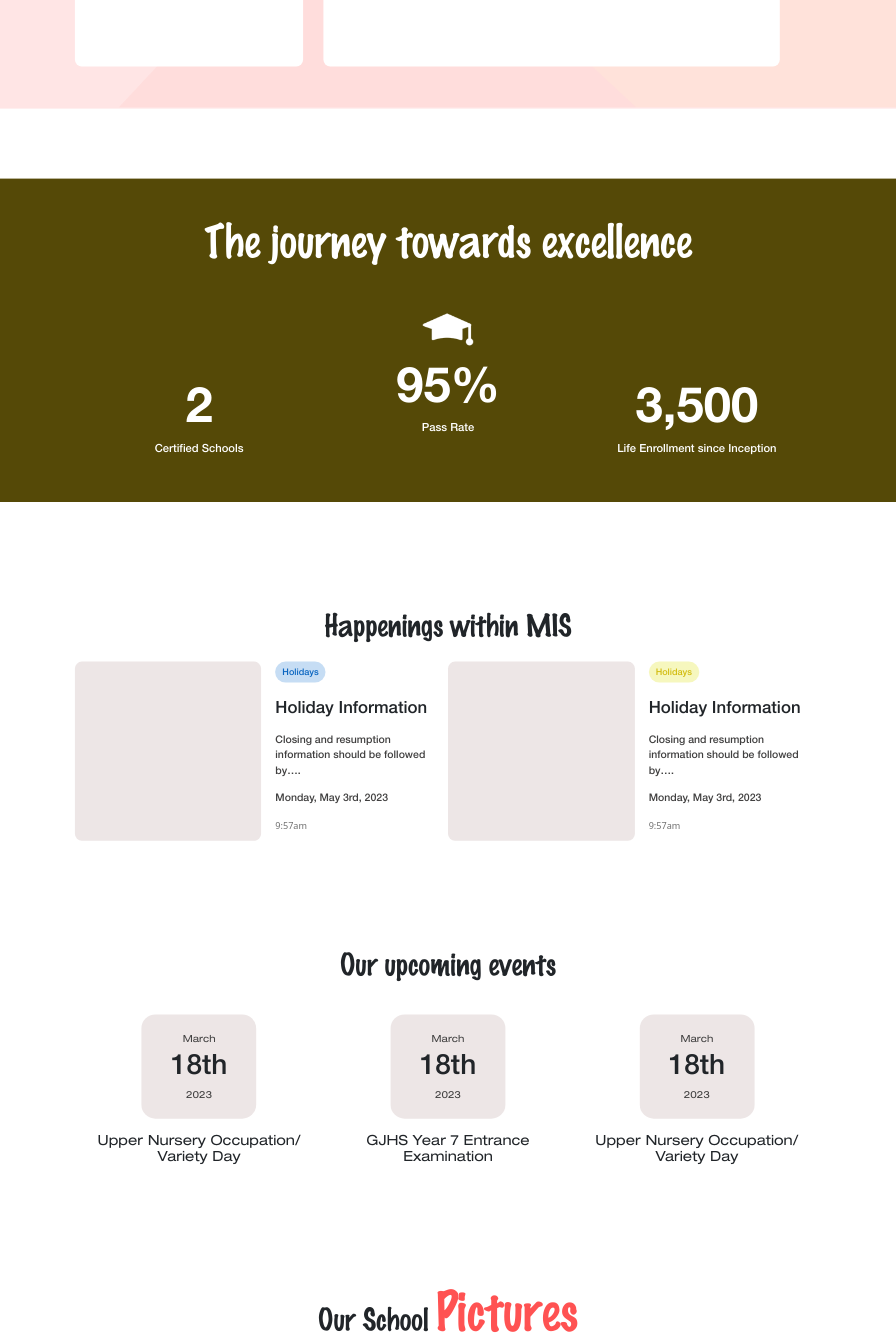
Repository: sarahnnanyelugo/MIGS
Page: /
An editor plug-in stored every save of this project. The page is shown before and after the next save, followed by the edit.
The browser window is 1280 px wide. The pictures show the part of the page from y = 3803 to 5723 px (the page is 5723 px tall), at 70% of full size.
The project was rebuilt for these pictures with package versions that can differ from the ones it lists, and the page was loaded fresh each time.

Above is the page before, as saved 2023-05-30 14:19:56.

### src/index.js
import React from "react";
import ReactDOM from "react-dom/client";
import "./index.css";
import App from "./App";
import reportWebVitals from "./reportWebVitals";
import "bootstrap/dist/css/bootstrap.min.css";
import { BrowserRouter, Routes, Route, Link, Outlet } from "react-router-dom";
const root = ReactDOM.createRoot(document.getElementById("root"));
root.render(
  <BrowserRouter>
    <App />
  </BrowserRouter>
);

// If you want to start measuring performance in your app, pass a function
// to log results (for example: reportWebVitals(console.log))
// or send to an analytics endpoint. Learn more: https://bit.ly/CRA-vitals
reportWebVitals();

### src/App.js
import logo from "./logo.svg";
import "./App.scss";
import "bootstrap/dist/css/bootstrap.min.css";
import { BrowserRouter, Routes, Route, Link, Outlet } from "react-router-dom";
import Home from "./pages/Home/Home";
import ScrollToTop from "./components/scrollToTop";
import NavBar from "./components/NavBar/NavBar";
function App() {
  return (
    <>
      <ScrollToTop />
      <NavBar />
      <Routes>
        {" "}
        <Route path="/" element={<Home />} />
        {/* <Route path="tech-hub-page" element={<TechHub />} />
        <Route path="team-hire" element={<TeamHire />} />
        <Route path="hire-page" element={<HiringPage />} /> */}
      </Routes>
    </>
  );
}

export default App;

### src/App.scss
@font-face {
  font-family: maker;
  src: url(./assets/fonts/marker-felt/Marker-Felt.ttf);
}
@font-face {
  font-family: helveticaB;
  src: url(./assets/fonts/helvetica/HelveticaNeueBold.ttf);
}
@font-face {
  font-family: helveticaM;
  src: url(./assets/fonts/helvetica/HelveticaNeueMedium.ttf);
}
@font-face {
  font-family: helveticaR;
  // src: url(./assets/fonts/helvetica/HelveticaNeueRegular.ttf);
  src: url(./assets/fonts/helvetica/HelveticaNeue-Extended.otf);
}

h1,
h2,
h3,
h4,
h5,
h6 {
  font-family: maker;
}

### src/components/NavBar/NavBar.jsx
import React, { useEffect, useState, useRef } from "react";
import { Link, NavLink } from "react-router-dom";
import "./_navbar.scss";
import { useLocation } from "react-router-dom";
// import Icofont from "react-icofont";
import Logo from "../../assets/images/logo2.png";

function NavBar() {
  return (
    <>
      <div className="nav-container col-md-10 offset-md-1">
        {" "}
        <div className=" col-md-1 tech-logo-div">
          {" "}
          <img className="tech-logo" src={Logo} alt="Scholar" width="60%" />
        </div>
        <ul className="list-inline list-unstyled ">
          <li className="list-inline-item">
            <NavLink className="tech-links cool-link" to={"/"}>
              About
            </NavLink>
          </li>
          <li className="list-inline-item">
            <NavLink className="tech-links cool-link">Admission</NavLink>
          </li>
          <li className="list-inline-item">
            <NavLink className="tech-links cool-link">Academics</NavLink>
          </li>
          <li className="list-inline-item">
            <NavLink className="tech-links cool-link">IEC</NavLink>
          </li>{" "}
          <li className="list-inline-item">
            <NavLink className="tech-links cool-link">E-shop</NavLink>
          </li>
          <li className="list-inline-item">
            <NavLink className="tech-links cool-link">Gallery</NavLink>
          </li>
          <li className="list-inline-item">
            <button className="nav-btn">e-portal</button>
          </li>
        </ul>
      </div>
    </>
  );
}

export default NavBar;

### src/components/AppModal/AppModal.js
import "./_app-modal.scss";

// import ModalImg from "../../assets/read2.png";
// import SampleLogo from "../../assets/wellspring.png";

import React, { useEffect, useRef, useState } from "react";

export const AppModal = () => {
  const [showActive, setShowActive] = useState(false);
  const modalContainer = useRef(null);
  const bodyTag = useRef(null);

  useEffect(() => {
    setTimeout(() => {
      // modalContainer.addClass("two");
      // document.body.addClass("modal-active");
      setShowActive(true);
      // modalContainer.click(function () {
      // setShowActive(false);
      // this.addClass("out");
      // document.body.removeClass("modal-active");
      // });
    }, 2000);
  }, []);
  const setThisShowActive = () => {
    setShowActive(!showActive);
  };
  return (
    <>
      <div
        className={`col-md-2 my-app-modal-container ${
          showActive ? "modal-active" : ""
        }`}
      >
        <div
          ref={modalContainer}
          className={`col-md-12 ${showActive ? "two" : ""}`}
          id="modal-container"
        >
          <div className="modal-background col-md-12">
            <button onClick={setThisShowActive} className="close-btn">
              {/* <i class="icofont-close">x</i> */}X
            </button>

            <div className="modal col-md-10">
              <div className="col-md-12 ">
                <h2>Admission in progress</h2>
                <p>
                  Admission is currently on into Creche, Pre-school, Primary and
                  Secondary classes.
                </p>
                <buttton className="app-btn col-md-12">Apply Now</buttton>
              </div>{" "}
            </div>
          </div>
        </div>
      </div>
    </>
  );
};

### src/pages/Home/home.scss
@import "../../variables";
@import "../../shared-styles";
.landing-img {
  position: relative;
  text-align: left;
  color: #fff;
  height: 800px;
  background-color: grey;
}
.centered {
  position: absolute;
  top: 50%;
  left: 20%;

  transform: translate(-50%, -50%);
  h1 {
    font-size: 114px !important;
  }
}
.welcome-header {
  color: #707070;

  h1 {
    font-size: 60px;
  }
}
.welcome-paragraph {
  p {
    color: #707070;
    font-family: helveticaM;
  }
}
.welcome-div {
  height: 800px;
  background: url("../../assets/images/curly.png");
  background-size: contain;
  background-repeat: no-repeat;
}
.section-div {
  margin-top: -280px;

  h1 {
    font-size: 60px;
    color: #707070;
  }
}
.sections-container {
  position: relative;
  text-align: center;
  margin-bottom: 50px;
  border-radius: 10px;
  height: 358px;
}
.bottom-left {
  position: absolute;
  bottom: 8px;
  left: 16px;
}
.early-years {
  background: #ff5252;
  color: #fff;
}
.primary {
  background: #f2e15f;
  color: #000;
}
.special {
  background: #838383;
  color: #fff;
}
.junior {
  background: #2ebbef;
  color: #fff;
}
.senior {
  background: #30eaa9;
  color: #000;
}
.birthright-div {
  background: url("../../assets/images/pink-bg.png");
  background-size: cover;
  background-repeat: no-repeat;
  padding: 60px 0;
  margin: 100px 0;
  h1 {
    margin-bottom: 20px;
  }
  span {
    color: $red;
    font-size: 60px;
  }
  color: #707070;
  p {
    font-family: helveticaM;
    margin-bottom: 100px;
  }
  .img-div {
    height: 487px;
    border-radius: 10px;
    background: #fff;
  }
}
.stats-div {
  background: #554907;
  padding: 50px 0;
  h1 {
    color: #fff;
    font-size: 60px;
    // margin-bottom: 40px;
  }
  .stats {
    h1 {
      color: #fff;
      font-size: 70px;
      font-family: helveticaB;
    }
    p {
      color: #fff;
      font-family: helveticaM;
    }
  }
}
.news-div {
  margin-bottom: 50px;
  .img-div2 {
    background: #ede6e6;
    border-radius: 10px;
    height: 256px;
  }
  .news-details {
    padding: 0 0 0 20px;
    h4 {
      font-family: helveticaM;
      margin: 20px 0;
    }
    button {
      border: none;
      width: 72px;
      height: 30px;
      font-size: 13px;
      font-family: helveticaM;
      border-radius: 35px;
    }
    p {
      font-family: helveticaM;
      color: #414040;
      font-size: 15px;
    }
    small {
      font-size: 13px;
      color: #707070;
    }
    .holidays {
      background: #c6ddf4;
      color: #0b66c1;
    }
    .events {
      background: #f6f7be;
      color: #d3bd13;
    }
  }
}
.events-container {
  height: 149px;
  background: #ede6e6;
  width: 164px;
  border-radius: 20px;
  padding-top: 22px;
  h1 {
    font-family: helveticaM;
  }
  small {
    font-family: helveticaR;
    color: #414040;
  }
}
.upcoming-div {
  p {
    font-family: helveticaR;
    font-size: 20px;
    margin-top: 20px;
    line-height: 22px;
  }
}
.pictures-container {
  background:fbe5e5 h1 {
    font-size: 60px;
    color: #6c6868;
  }
  span {
    font-size: 70px;
    color: $red;
  }
}

### src/pages/Home/Events.js
import React from "react";

function Events({ day, year, month }) {
  return (
    <div className="events-container">
      <center>
        <small>{month}</small>
        <h1>{day}</h1>
        <small>{year}</small>
      </center>
    </div>
  );
}

export default Events;

### src/components/NavBar/_navbar.scss
@import "../../variables";
@import "../../shared-styles";

.nav-container {
  display: flex;
  padding-top: 20px;
  position: relative;
  z-index: 2 !important;
  padding-bottom: 0;
  height: 90px;
  background-color: #fff !important;
  ul li {
    margin-top: 0px !important;
  }
  .nav-btn {
    @include app-btn;
    padding: 8px 40px;
    // margin-top: 0 !important;
    border: none;
  }
  .tech-logo-div {
    flex-grow: 1 !important;
    margin-top: -10px;
  }
  .tech-links {
    color: #000;
    text-decoration: none;
    font-family: helveticaM;
    margin: 0px 28px !important;
    &:hover {
      color: $red;
    }
  }
}

### src/components/AppModal/_app-modal.scss
@import "../../variables";
@import "../../shared-styles";

.my-app-modal-container {
  position: relative;
  z-index: 3000 !important;
  .close-btn {
    right: 39% !important;
    background: grey !important;
    border-radius: 100%;
    position: relative;
    float: right;
    height: 30px !important;
    width: 30px !important;
    font-size: 15px;
    font-weight: bold;
    color: #fff !important;
    margin-top: -25px;

    background: transparent;
    border: none;
    z-index: 4000;
    &:hover {
      color: $lightblue !important;
    }
    @media screen and (max-width: 620px) {
      right: 5% !important;
      margin-top: 20px;
    }
  }
  * {
    box-sizing: border-box;
  }

  html,
  body,
  .my-app-modal-container {
    min-height: 100%;
    height: 100%;

    &.modal-active {
      overflow: hidden;
    }
  }

  #modal-container {
    position: fixed;
    display: table;
    height: 100%;
    width: 100%;
    top: 0;
    left: 0;
    transform: scale(0);
    z-index: 1;

    &.two {
      transform: scale(1);
      .modal-background {
        background: rgba(0, 0, 0, 0);
        animation: fadeIn 0.5s cubic-bezier(0.165, 0.84, 0.44, 1) forwards;
        .modal {
          opacity: 0;
          animation: scaleUp 1s cubic-bezier(0.165, 0.84, 0.44, 1) forwards;
          background: #fff !important;
          border-radius: 10px;
          width: 25%;
          height: 70%;
          top: 0px;
          padding: 20px;
          @media screen and (max-width: 620px) {
            height: fit-content;
            width: 90%;
            top: 70px;
          }
          color: black;

          p {
            text-align: center !important;
            font-family: helveticaM;
            font-size: 14px;
          }
          h2 {
            font-family: helveticaB;
          }
        }
      }
      + .content {
        animation: scaleBack 0.5s cubic-bezier(0.165, 0.84, 0.44, 1) forwards;
      }
      &.out {
        animation: quickScaleDown 0s 0.5s linear forwards;
        .modal-background {
          animation: fadeOut 0.5s cubic-bezier(0.165, 0.84, 0.44, 1) forwards;
          .modal {
            animation: scaleDown 0.5s cubic-bezier(0.165, 0.84, 0.44, 1)
              forwards;
          }
        }
        + .content {
          animation: scaleForward 0.5s cubic-bezier(0.165, 0.84, 0.44, 1)
            forwards;
        }
      }
    }

    .modal-background {
      display: table-cell;
      background: rgba(0, 0, 0, 0.6);
      text-align: center;
      vertical-align: middle;
      .modal {
        background: white;
        padding: 30px 0;
        display: inline-block;
        position: relative;

        .modal-svg {
          position: absolute;
          top: 0;
          left: 0;
          height: 100%;
          width: 100%;
          border-radius: 3px;
          rect {
            stroke: #fff;
            stroke-width: 2px;
            stroke-dasharray: 778;
            stroke-dashoffset: 778;
          }
        }
      }
    }
  }

  @keyframes unfoldIn {
    0% {
      transform: scaleY(0.005) scaleX(0);
    }
    50% {
      transform: scaleY(0.005) scaleX(1);
    }
    100% {
      transform: scaleY(1) scaleX(1);
    }
  }

  @keyframes unfoldOut {
    0% {
      transform: scaleY(1) scaleX(1);
    }
    50% {
      transform: scaleY(0.005) scaleX(1);
    }
    100% {
      transform: scaleY(0.005) scaleX(0);
    }
  }

  @keyframes zoomIn {
    0% {
      transform: scale(0);
    }
    100% {
      transform: scale(1);
    }
  }

  @keyframes zoomOut {
    0% {
      transform: scale(1);
    }
    100% {
      transform: scale(0);
    }
  }

  @keyframes fadeIn {
    0% {
      background: rgba(0, 0, 0, 0);
    }
    100% {
      background: rgba(0, 0, 0, 0.7);
    }
  }

  @keyframes fadeOut {
    0% {
      background: rgba(0, 0, 0, 0.7);
    }
    100% {
      background: rgba(0, 0, 0, 0);
    }
  }

  @keyframes scaleUp {
    0% {
      transform: scale(0.8) translateY(1000px);
      opacity: 0;
    }
    100% {
      transform: scale(1) translateY(0px);
      opacity: 1;
    }
  }

  @keyframes scaleDown {
    0% {
      transform: scale(1) translateY(0px);
      opacity: 1;
    }
    100% {
      transform: scale(0.8) translateY(1000px);
      opacity: 0;
    }
  }

  @keyframes scaleBack {
    0% {
      transform: scale(1);
    }
    100% {
      transform: scale(0.85);
    }
  }

  @keyframes scaleForward {
    0% {
      transform: scale(0.85);
    }
    100% {
      transform: scale(1);
    }
  }

  @keyframes quickScaleDown {
    0% {
      transform: scale(1);
    }
    99.9% {
      transform: scale(1);
    }
    100% {
      transform: scale(0);
    }
  }

  @keyframes slideUpLarge {
    0% {
      transform: translateY(0%);
    }
    100% {
      transform: translateY(-100%);
    }
  }

  @keyframes slideDownLarge {
    0% {
      transform: translateY(-100%);
    }
    100% {
      transform: translateY(0%);
    }
  }

  @keyframes moveUp {
    0% {
      transform: translateY(150px);
    }
    100% {
      transform: translateY(0);
    }
  }

  @keyframes moveDown {
    0% {
      transform: translateY(0px);
    }
    100% {
      transform: translateY(150px);
    }
  }

  @keyframes blowUpContent {
    0% {
      transform: scale(1);
      opacity: 1;
    }
    99.9% {
      transform: scale(2);
      opacity: 0;
    }
    100% {
      transform: scale(0);
    }
  }

  @keyframes blowUpContentTwo {
    0% {
      transform: scale(2);
      opacity: 0;
    }
    100% {
      transform: scale(1);
      opacity: 1;
    }
  }

  @keyframes blowUpModal {
    0% {
      transform: scale(0);
    }
    100% {
      transform: scale(1);
    }
  }

  @keyframes blowUpModalTwo {
    0% {
      transform: scale(1);
      opacity: 1;
    }
    100% {
      transform: scale(0);
      opacity: 0;
    }
  }

  @keyframes roadRunnerIn {
    0% {
      transform: translateX(-1500px) skewX(30deg) scaleX(1.3);
    }
    70% {
      transform: translateX(30px) skewX(0deg) scaleX(0.9);
    }
    100% {
      transform: translateX(0px) skewX(0deg) scaleX(1);
    }
  }

  @keyframes roadRunnerOut {
    0% {
      transform: translateX(0px) skewX(0deg) scaleX(1);
    }
    30% {
      transform: translateX(-30px) skewX(-5deg) scaleX(0.9);
    }
    100% {
      transform: translateX(1500px) skewX(30deg) scaleX(1.3);
    }
  }

  @keyframes sketchIn {
    0% {
      stroke-dashoffset: 778;
    }
    100% {
      stroke-dashoffset: 0;
    }
  }

  @keyframes sketchOut {
    0% {
      stroke-dashoffset: 0;
    }
    100% {
      stroke-dashoffset: 778;
    }
  }

  @keyframes modalFadeIn {
    0% {
      background-color: transparent;
    }
    100% {
      background-color: white;
    }
  }

  @keyframes modalFadeOut {
    0% {
      background-color: white;
    }
    100% {
      background-color: transparent;
    }
  }

  @keyframes modalContentFadeIn {
    0% {
      opacity: 0;
      top: -20px;
    }
    100% {
      opacity: 1;
      top: 0;
    }
  }

  @keyframes modalContentFadeOut {
    0% {
      opacity: 1;
      top: 0px;
    }
    100% {
      opacity: 0;
      top: -20px;
    }
  }

  @keyframes bondJamesBond {
    0% {
      transform: translateX(1000px);
    }
    80% {
      transform: translateX(0px);
      border-radius: 75px;
      height: 75px;
      width: 75px;
    }
    90% {
      border-radius: 3px;
      height: 182px;
      width: 247px;
    }
    100% {
      border-radius: 3px;
      height: 162px;
      width: 227px;
    }
  }

  @keyframes killShot {
    0% {
      transform: translateY(0) rotate(0deg);
      opacity: 1;
    }
    100% {
      transform: translateY(300px) rotate(45deg);
      opacity: 0;
    }
  }

  @keyframes fadeToRed {
    0% {
      background-color: rgba(black, 0.6);
    }
    100% {
      background-color: rgba(red, 0.8);
    }
  }

  @keyframes slowFade {
    0% {
      opacity: 1;
    }
    99.9% {
      opacity: 0;
      transform: scale(1);
    }
    100% {
      transform: scale(0);
    }
  }
}

### src/_variables.scss
$yellow: rgb(255, 210, 16);
$red: #ff5252;
$skyblue: rgb(83, 180, 242);
$lightblue: rgb(12, 99, 177);
$lightblue2: rgb(12, 88, 160);
$lighterblue: rgb(211, 236, 252);
$deepblue2: rgb(0, 79, 157);
$mainblue: rgb(1, 71, 141);

@mixin app-btn {
  color: #fff;
  border-radius: 35px;
  padding: 8px 130px;
  font-size: 14px;
  background: $red;

  font-family: helveticaM;
  &:hover {
    background: #c90e0e;
    transition: 0.5s ease;
  }
}

### src/_shared-styles.scss
@import "./variables";

@media screen and (max-width: 620px) {
  .flexyM {
    display: flex !important;
  }
  .side-menu {
    display: none !important;
  }
  .page-body {
    padding: 20px;
  }

  .dn {
    display: none;
  }
  .holder img {
    height: 200px;
    margin-top: 40px !important;
  }
  .overlay {
    bottom: -30px !important;
  }
  .m-margin {
    margin-top: 0 !important;
    margin-bottom: 0 !important;
  }
  .navigations {
    display: none;
  }
  .breadcrum {
    margin-top: 350px !important;
  }
}
@media screen and (min-width: 620px) {
  .flexy {
    display: flex;
  }
  .spread {
    display: flex;
  }
  // {
  //   display:none;
  // }
}

/* Container needed to position the overlay. Adjust the width as needed */
.holder {
  position: relative;
  width: 100%;
}

.side-nav2 {
  @media screen and (max-width: 620px) {
    padding: 0 10px 0;
  }
}
.br {
  border-radius: 10px;
}
.mt1 {
  margin-top: 10px;
}
.mt2 {
  margin-top: 20px;
}
.mt3 {
  margin-top: 30px;
}
.mt4 {
  margin-top: 40px;
}
.mt5 {
  margin-top: 50px;
}
.mt6 {
  margin-top: 60px;
}
.mt7 {
  margin-top: 70px;
}
.mt8 {
  margin-top: 80px;
}
.mt9 {
  margin-top: 90px;
}
.mt {
  margin-top: 120px;
}
.mtt {
  margin-top: 150px;
}
.mr1 {
  margin-right: 10px;
}
.mr2 {
  margin-right: 20px;
}
.mr3 {
  margin-right: 30px;
}
.mr4 {
  margin-right: 40px;
}
.mr5 {
  margin-right: 50px;
}
.mr6 {
  margin-right: 60px;
}
.mr7 {
  margin-right: 70px;
}
.mb1 {
  margin-bottom: 10px;
}
.mb2 {
  margin-bottom: 20px;
}
.mb3 {
  margin-bottom: 30px;
}
.mb4 {
  margin-bottom: 40px;
}
.mb5 {
  margin-bottom: 50px;
}
.mb6 {
  margin-bottom: 60px;
}
.ml2 {
  margin-left: 20px;
}
.ml3 {
  margin-left: 30px;
}
.ml4 {
  margin-left: 40px;
}
.ml5 {
  margin-left: 50px;
}
.ml6 {
  margin-left: 60px;
}

.app-btn {
  @include app-btn;
  width: 100% !important;
}
.tac {
  text-align: center;
}
.normal-link {
  font-family: helveticaM;
  color: black !important;
  text-decoration: none;
}

Loaded but not shown: public/index.html (common file); src/index.css (common file); src/reportWebVitals.js (common file); src/components/scrollToTop.js (common file); src/pages/Home/Home.js (332 lines, source omitted)

After the next save:
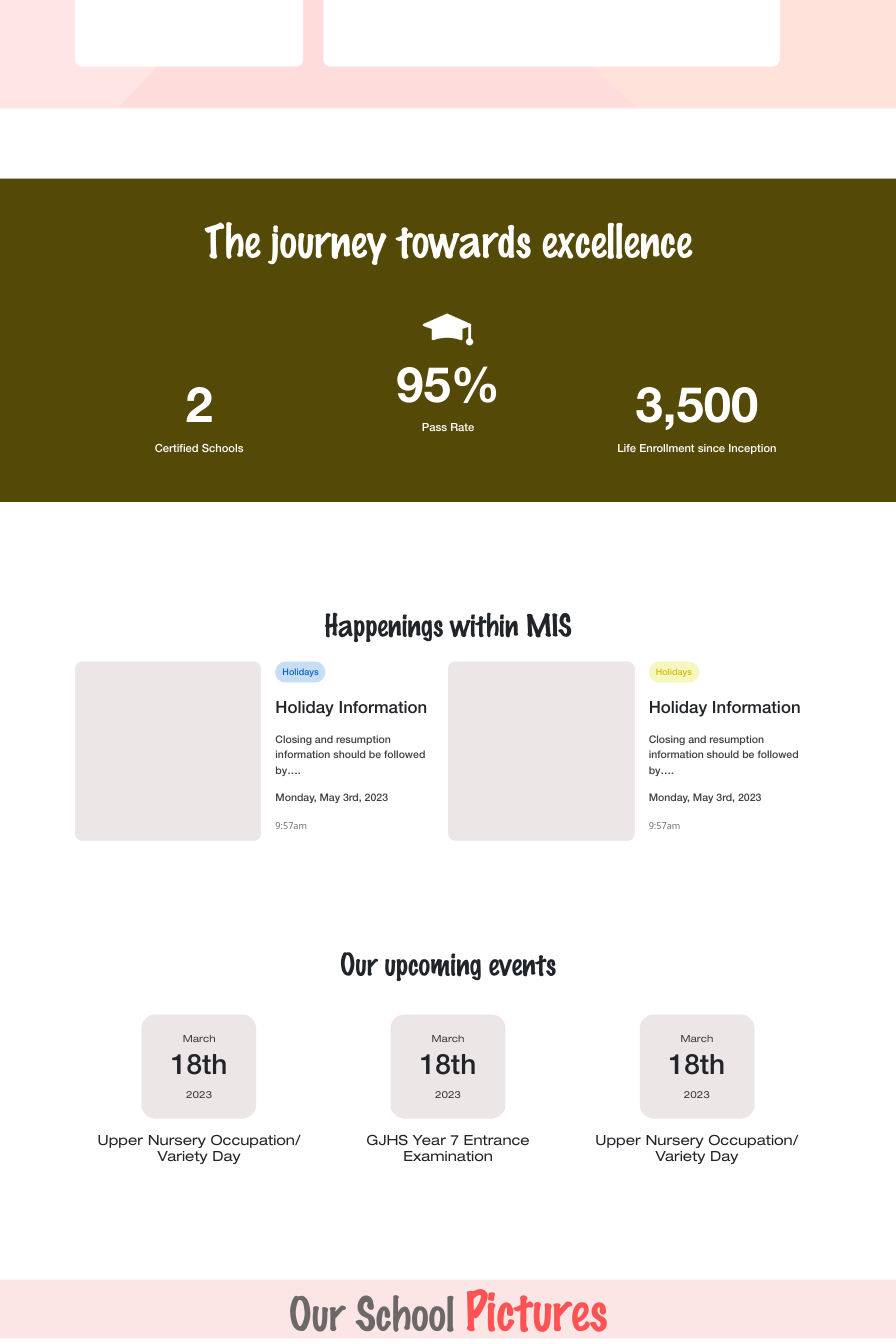
Saved 20 s later.
--- a/src/pages/Home/home.scss
+++ b/src/pages/Home/home.scss
@@ -183,7 +183,8 @@
   }
 }
 .pictures-container {
-  background:fbe5e5 h1 {
+  background: #fbe5e5;
+  h1 {
     font-size: 60px;
     color: #6c6868;
   }
